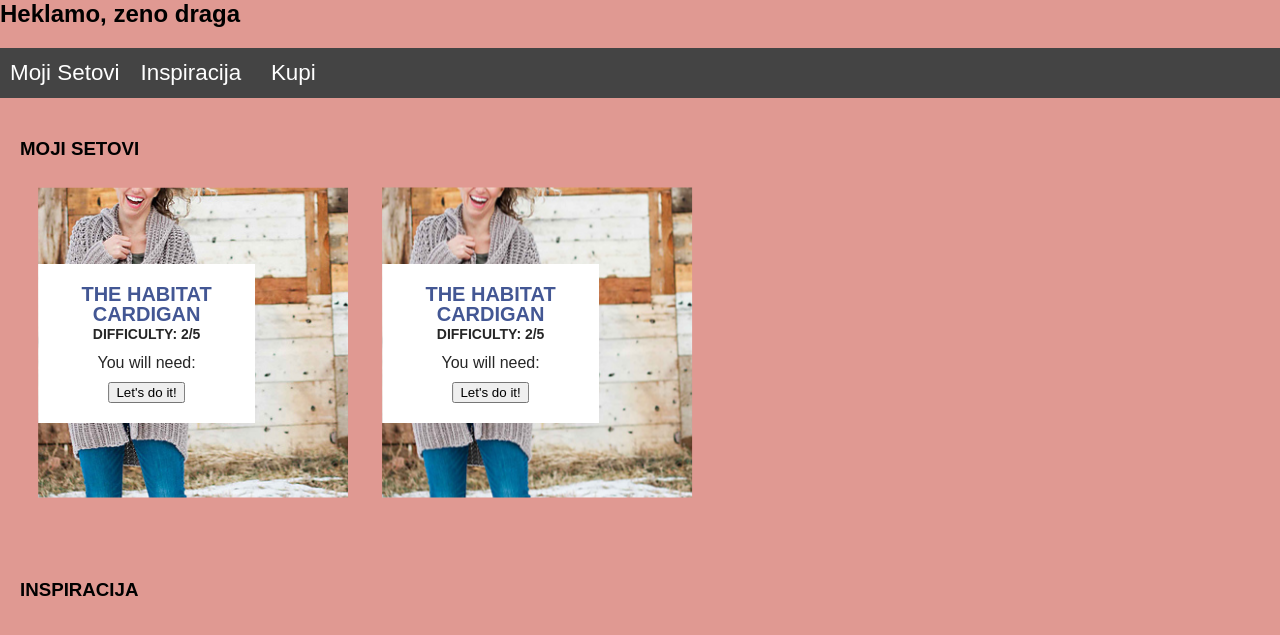
Repository: sdnc/Heklamo
Page: index.html
An editor plug-in stored every save of this project. The page is shown before and after the next save, followed by the edit.
The browser window is 1280 px wide. The pictures show the whole page.

Above is the page before, as saved 2020-12-24 14:51:32.
Console error: ReferenceError: $ is not defined

### index.html
<html>

<head>
  <meta charset="UTF-8" />
  <meta name="viewport" content="width=device-width, initial-scale=1.0" />
  <title>Heklamo</title>
  <link href="https://maxcdn.bootstrapcdn.com/font-awesome/4.7.0/css/font-awesome.min.css" rel="stylesheet">
  <link rel="stylesheet" href="styles.css" />
  <script src="https://unpkg.com/vue@next" defer></script>
  <script src="app.js" defer></script>
</head>

<body>
  <!--1) -->
  <!--2) -->
  <section id="header">
    <h1>Heklamo, zeno draga</h1>
  </section>
  <section class="nav">
    <ul>
      <li class="setove"><a href="#">Moji Setovi</a></li>
      <li class="inspiracija"><a href="#">Inspiracija</a></li>
      <li class="kupi"><a href="#">Kupi</a></li>
    </ul>
  </section>
    <section id="sets" class="divider">
      <h3>MOJI SETOVI</h3>
    <div class="card">
      <div class="image">
        <img
          src="img/habitatcardigan.jpg" />
      </div>
      <div class="details">
        <div class="center">
          <h1>The Habitat Cardigan<br><span>Difficulty: 2/5</span></h1>
          <p>You will need:</p>
          <button>Let's do it!</button>
        </div>
      </div>
    </div>

    <div class="card">
      <div class="image">
        <img src="img/habitatcardigan.jpg" />
      </div>
      <div class="details">
        <div class="center">
          <h1>The Habitat Cardigan<br><span>Difficulty: 2/5</span></h1>
          <p>You will need:</p>
          <button>Let's do it!</button>
        </div>
      </div>
    </div>
  </section>

  <section id="inspiration" class="divider">
    <h3>INSPIRACIJA</h3>



  </section>

  <section id="buy" class="divider">

  </section>

  <script>


  </script>
</body>

</html>

### styles.css
body {
  margin: 0;
  padding: 0;
  font-family: sans-serif;
  background-color: #e09992;
}

.divider {
  margin: 40px 0 30px 20px;
}

/* NAV BAR */

.nav ul {
  list-style: none;
  background-color: #444;
  text-align: left;
  padding: 0;
  margin: 0;
}
.nav li {
  font-family: 'Oswald', sans-serif;
  font-size: 1em;
  padding-left: 10px;
  line-height: 40px;
  height: 40px;
  border-bottom: 1px solid #888;
}

.nav a {
  text-decoration: none;
  color: #fff;
  display: block;
  transition: .3s background-color;
}

.nav a:hover {
  background-color: #005f5f;
}
/*
.nav a.active {
  background-color: #fff;
  color: #444;
  cursor: default;
} */

@media screen and (min-width: 600px) {
  .nav li {
    width: 120px;
    border-bottom: none;
    height: 50px;
    line-height: 50px;
    font-size: 1.4em;
  }

  /* Option 1 - Display Inline */
  .nav li {
    display: inline-block;
    margin-right: -4px;
  }

/* MY SETS - section */
.card {
  margin: 5px 15px;
  display: inline-block;
  transform: translate(1%,1%);
  width: 310px;
  height: 350px;
}
.image {
  width: 310px;
  height: 350px;
  overflow: hidden;
}
.card .image img {
  width: 100%;
  transition: .5s;
}
.card:hover .image img {
  opacity: .5;
  transform: translateX(30%);/*100%*/
}
.card .details {
  position: absolute;
  top: 0;
  left: 0;
  width: 70%;/*100%*/
  height: 89%;
  background: #7ca9e0;
  transition: .5s;
  transform-origin: left;
  transform: perspective(2000px) rotateY(-90deg);
}
.card:hover .details {
  transform: perspective(2000px) rotateY(0deg);
}
.card .details .center {
  padding: 20px;
  text-align: center;
  background: #fff;
  position: absolute;
  top: 50%;
  transform: translateY(-50%);
}
.card .details .center h1 {
  margin: 0;
  padding: 0;
  color: #435794;
  line-height: 20px;
  font-size: 20px;
  text-transform: uppercase;
}
.card .details .center h1 span {
  font-size: 14px;
  color: #262626;
}
.card .details .center p {
  margin: 10px 0;
  padding: 0;
  color: #262626;
}

/* INPIRATION SECTION */

### app.js
$('#recipeCarousel').carousel({
    interval: 10000
  })

  $('.carousel .carousel-item').each(function(){
      var minPerSlide = 3;
      var next = $(this).next();
      if (!next.length) {
      next = $(this).siblings(':first');
      }
      next.children(':first-child').clone().appendTo($(this));

      for (var i=0;i<minPerSlide;i++) {
          next=next.next();
          if (!next.length) {
              next = $(this).siblings(':first');
            }

          next.children(':first-child').clone().appendTo($(this));
        }
  });

After the next save:
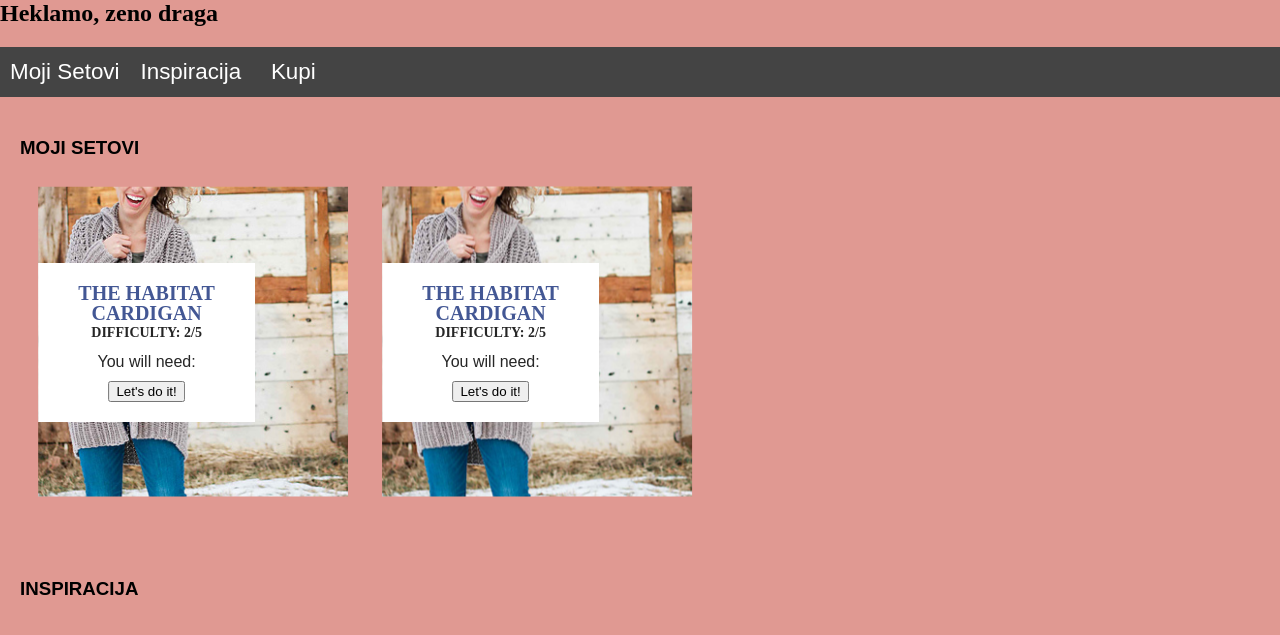
Saved 91 s later.
--- a/styles.css
+++ b/styles.css
@@ -9,6 +9,9 @@ body {
   margin: 40px 0 30px 20px;
 }
 
+h1 {
+  font-family: "Kashuan Script";
+}
 /* NAV BAR */
 
 .nav ul {
